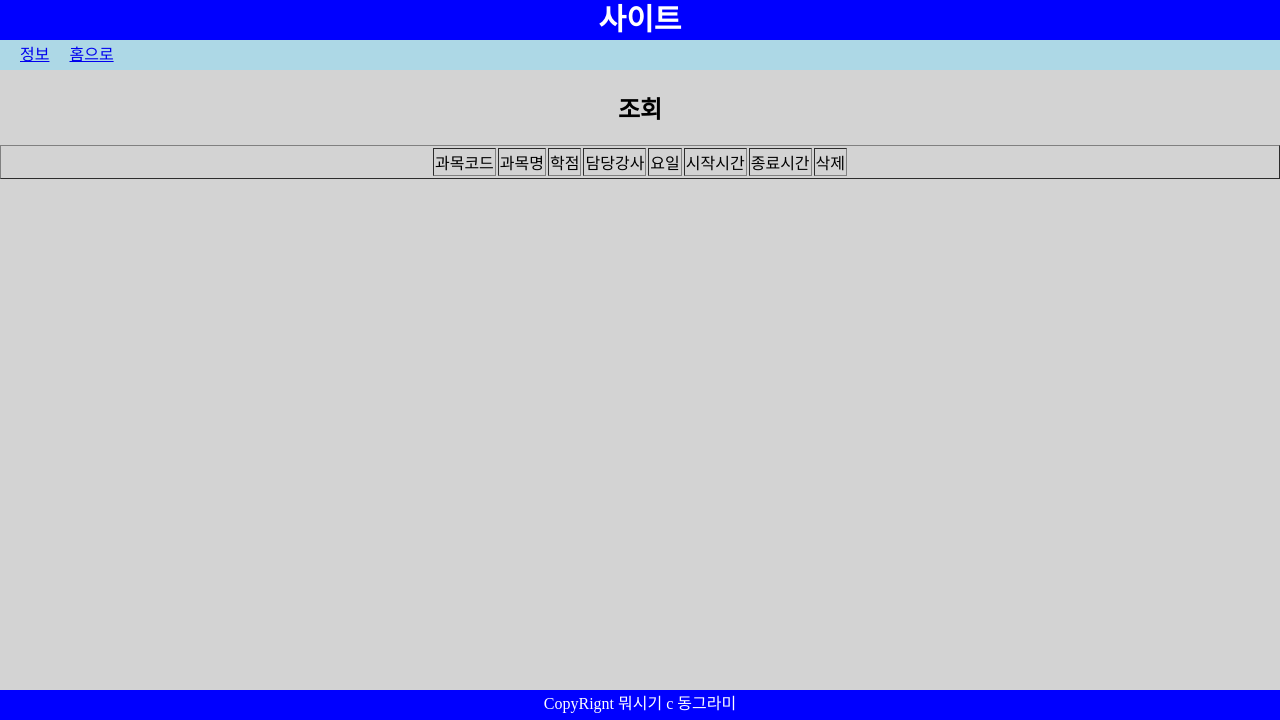
Repository: ImGaram/til
Page: http://localhost/practice/soqn/list.jsp
An editor plug-in stored every save of this project. The page is shown before and after the next save, followed by the edit.
The browser window is 1280 px wide. The pictures show the whole page.
The page is served by Tomcat 9. Other server files are loaded and not shown.

Above is the page before, as saved 2022-06-28 11:58:29.

### 2학년 jsp(화면구현)/practice/src/main/webapp/soqn/list.jsp
<%@ page language="java" contentType="text/html; charset=UTF-8"
    pageEncoding="UTF-8"%>
<!DOCTYPE html>
<html>
<head>
<meta charset="UTF-8">
<title>list</title>
</head>
<body>
<jsp:include page="header.jsp"></jsp:include>
<section style="position:fixed; top:70px; left:0; width:100%; height:100%; background:lightgray;">
<h2 style="text-align:center">조회</h2>
<table border="1" style="display: flex; justify-content: center; align-items: center; text-align: center">
<tr>
	<td>과목코드</td>
	<td>과목명</td>
	<td>학점</td>
	<td>담당강사</td>
	<td>요일</td>
	<td>시작시간</td>
	<td>종료시간</td>
	<td>삭제</td>
</tr>
<%

%>
</table>
</section>
<jsp:include page="footer.jsp"></jsp:include>
</body>
</html>

### 2학년 jsp(화면구현)/practice/src/main/webapp/soqn/header.jsp
<%@ page language="java" contentType="text/html; charset=UTF-8"
    pageEncoding="UTF-8"%>
<!DOCTYPE html>
<html>
<head>
<meta charset="UTF-8">
<title>header</title>
</head>
<body>
<header style="position:fixed; top:0; left:0; width:100%; height:40px; line-height: 40px; background-color:blue;
 color: white; text-align:center; font-size:30px">
<b>사이트</b>
</header>
<nav style="position:fixed;top:40px;left:0;width:100%;height:30px; background-color:lightblue; padding-left:20px; line-height:30px;">
<a href="list.jsp">정보</a> &nbsp; &nbsp;
<a href="index.jsp">홈으로</a>
</nav>
</body>
</html>

### 2학년 jsp(화면구현)/practice/src/main/webapp/soqn/footer.jsp
<%@ page language="java" contentType="text/html; charset=UTF-8"
    pageEncoding="UTF-8"%>
<!DOCTYPE html>
<html>
<head>
<meta charset="UTF-8">
<title>footer</title>
</head>
<body>
<footer style="width:100%; height: 30px; background-color:blue; bottom:0; left:0; position:fixed; color:white; text-align:center;">
CopyRignt 뭐시기 c 동그라미
</footer>
</body>
</html>

After the next save:
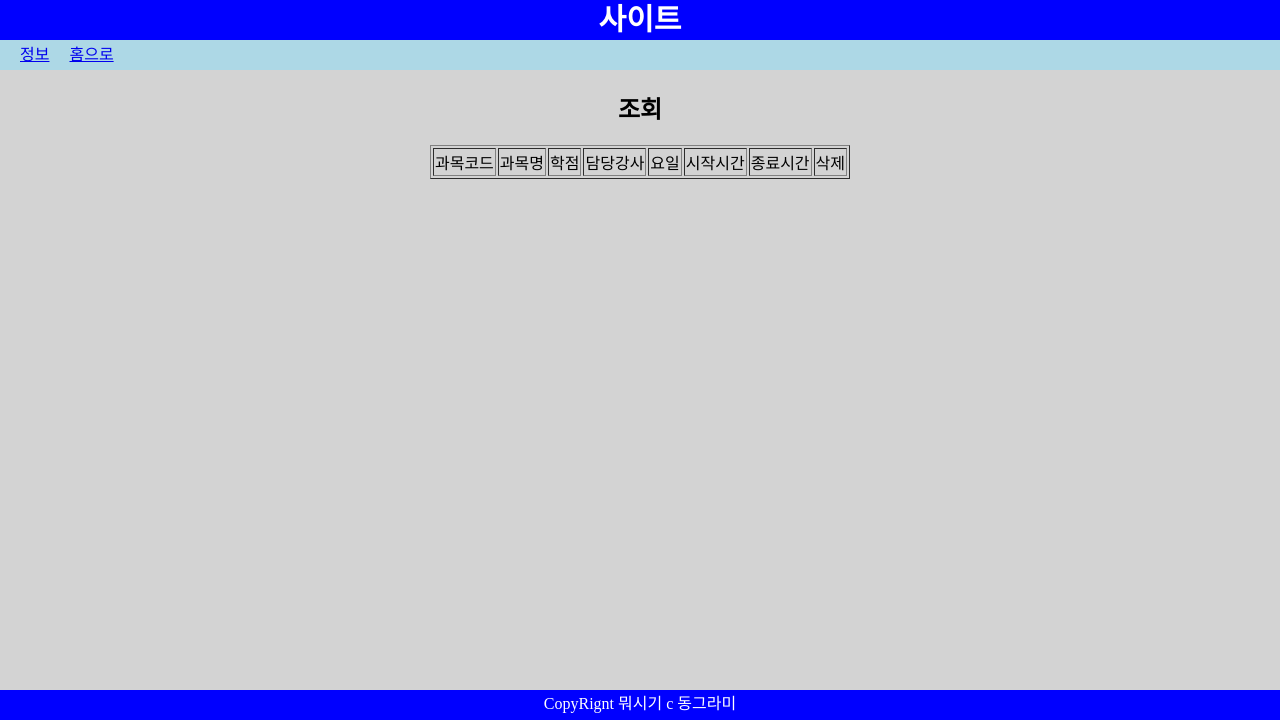
Saved 59 s later.
--- a/2학년 jsp(화면구현)/practice/src/main/webapp/soqn/list.jsp
+++ b/2학년 jsp(화면구현)/practice/src/main/webapp/soqn/list.jsp
@@ -10,7 +10,8 @@
 <jsp:include page="header.jsp"></jsp:include>
 <section style="position:fixed; top:70px; left:0; width:100%; height:100%; background:lightgray;">
 <h2 style="text-align:center">조회</h2>
-<table border="1" style="display: flex; justify-content: center; align-items: center; text-align: center">
+<form style="display:flex; justify-content: center">
+<table border="1">
 <tr>
 	<td>과목코드</td>
 	<td>과목명</td>
@@ -25,6 +26,7 @@
 
 %>
 </table>
+</form>
 </section>
 <jsp:include page="footer.jsp"></jsp:include>
 </body>
